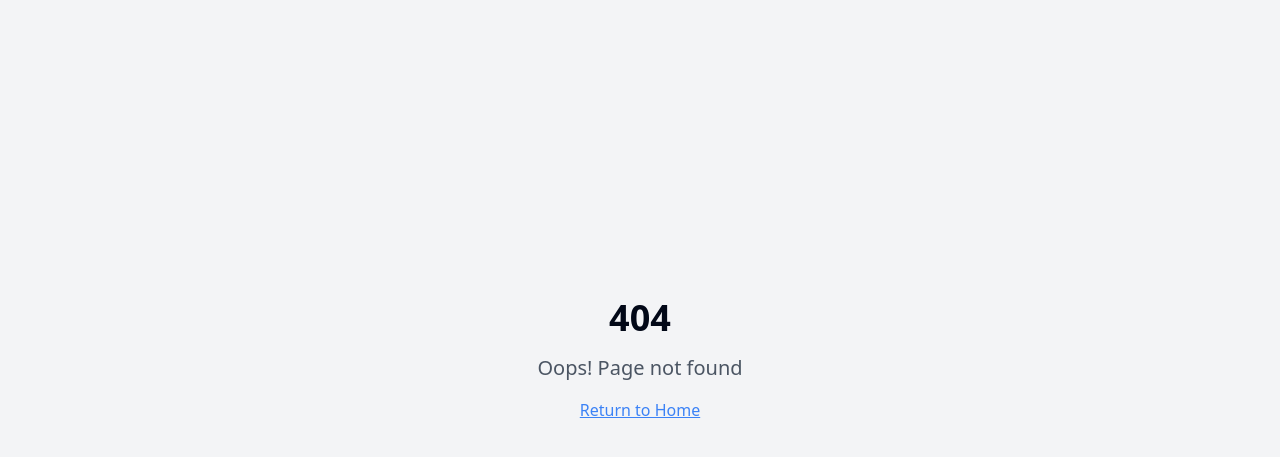
Repository: anjalikumari2207/connect-career-future
Page: /ai (app in client/)
These files come from the project's save history. The page is drawn as it stood at one moment and after the next save; the edit follows.
The browser window is 1280 px wide. The pictures show the whole page.
The project was rebuilt for these pictures with package versions that can differ from the ones it lists, and the page was loaded fresh each time. Also part of the build but not shown: client/vite.config.ts, client/src/components/ui/tooltip.tsx, client/src/components/ui/card.tsx, client/src/components/ui/button.tsx, client/src/components/ui/badge.tsx, client/src/components/ui/avatar.tsx, client/src/components/Navigation.tsx, client/src/components/ui/input.tsx and 14 more. Imported but missing from the stored project, and not drawn on this page: client/src/pages/HeroSection.

Above is the page before, as saved 2025-07-08 02:34:26.

After the next save:
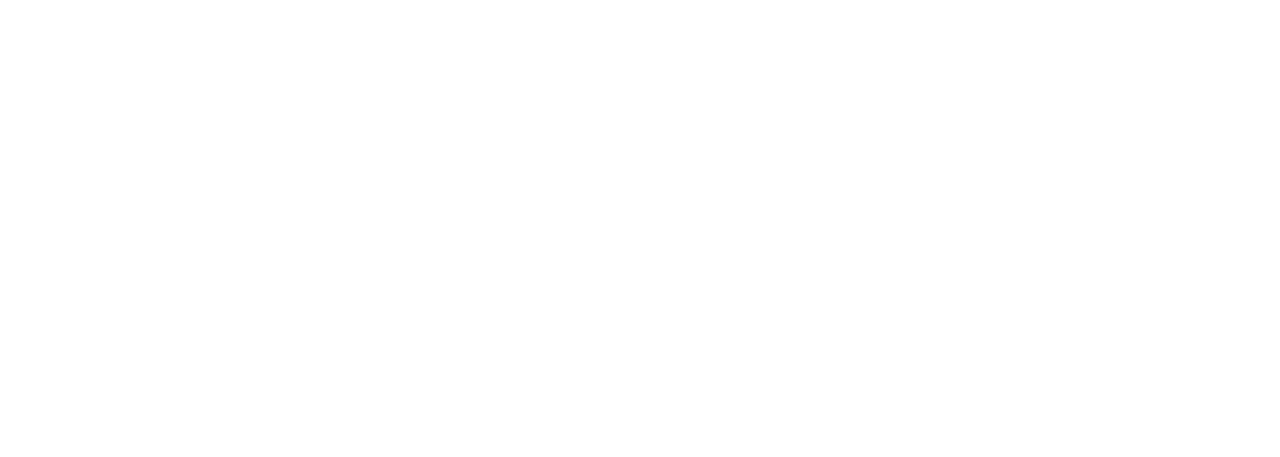
Console error: ReferenceError: Index is not defined
Saved 102 s later.
--- a/client/src/App.tsx
+++ b/client/src/App.tsx
@@ -3,7 +3,6 @@
 import { TooltipProvider } from "@/components/ui/tooltip";
 import { QueryClient, QueryClientProvider } from "@tanstack/react-query";
 import { BrowserRouter, Routes, Route } from "react-router-dom";
-import Index from "./pages/Index";
 import NotFound from "./pages/NotFound";
 import AuthPage from "@/pages/AuthPage";
 import ProfilePage from "@/pages/ProfilePage";

After the save that followed:
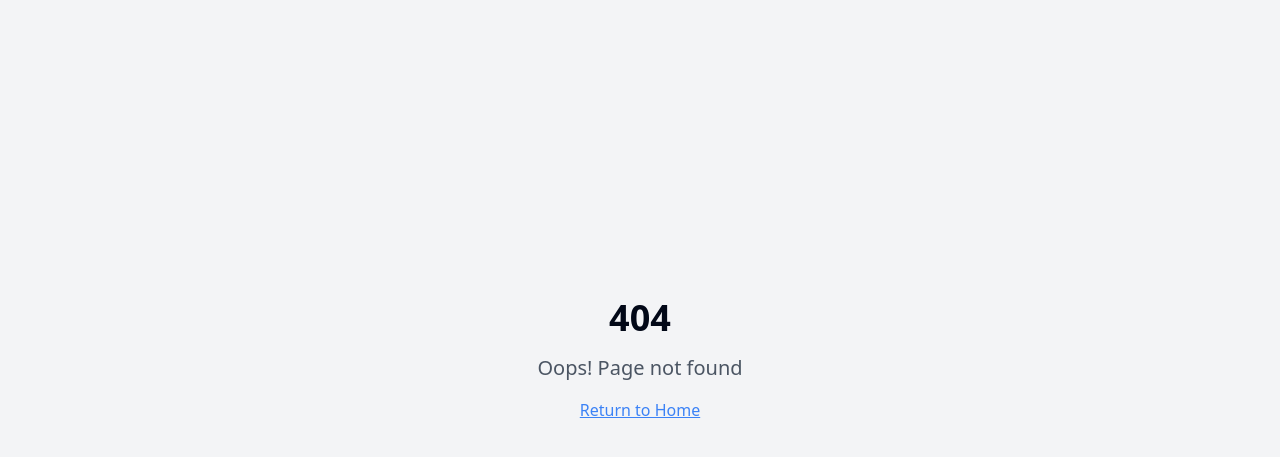
The error is gone.
Saved 12 s later.
--- a/client/src/App.tsx
+++ b/client/src/App.tsx
@@ -19,7 +19,6 @@
       <Sonner />
       <BrowserRouter>
         <Routes>
-  <Route path="/" element={<Index />} />
 
   {/* ✅ Add this line to enable /auth route */}
   <Route path="/auth" element={<AuthPage onLogin={(user) => console.log("Logged in:", user)} />} />
